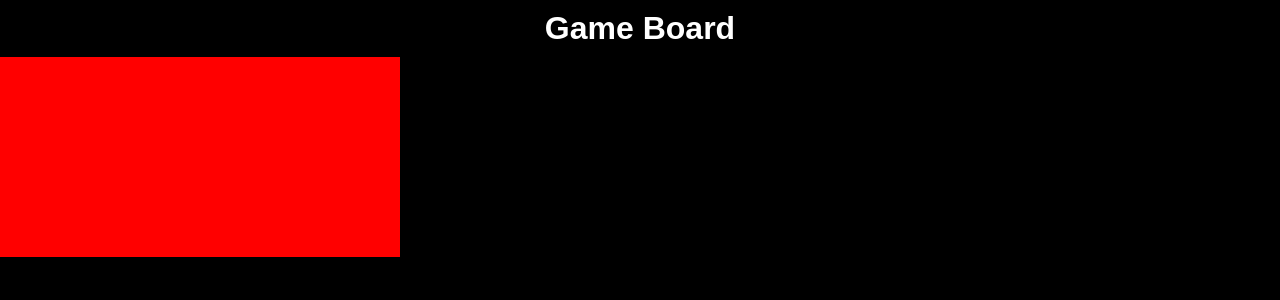
Repository: programmer686/Mastermind-with-Next.js
Page: /, after clicking the first element matching `button.StartScreen_51d34_startscreen__play_button`
The author's editor kept a copy of each file at every save. The page is drawn from the files as they stood at one save, then again after the next save.
The browser window is 1280 px wide. The pictures show the whole page.
The project was rebuilt for these pictures with package versions that can differ from the ones it lists, and the page was loaded fresh each time. The framework's server and built-in components were replaced by stand-ins that run in the browser. Also part of the build but not shown: next.config.js, src/styles/StartScreen.module.css.

Above is the page before, as saved 2023-07-15 19:15:58.

After the next save:
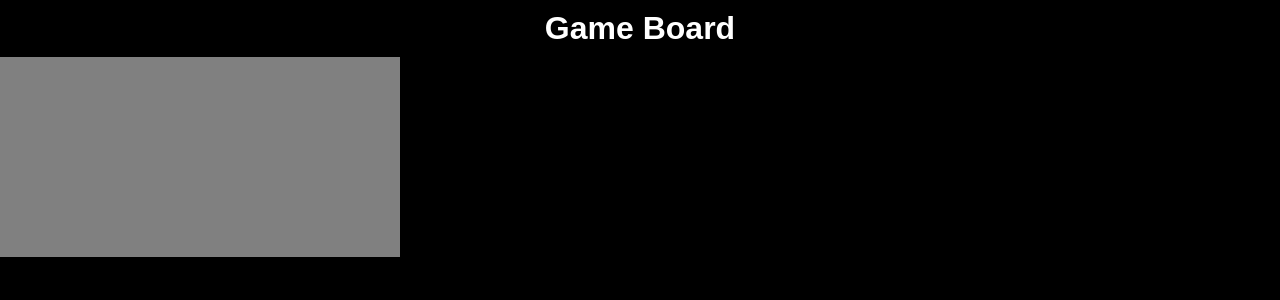
Saved 25 s later.
--- a/src/styles/PastPlay.module.css
+++ b/src/styles/PastPlay.module.css
@@ -1,5 +1,5 @@
 .PastPlay__board {
     width: 400px;
     min-height: 200px;
-    background: red;
+    background: gray;
 }
